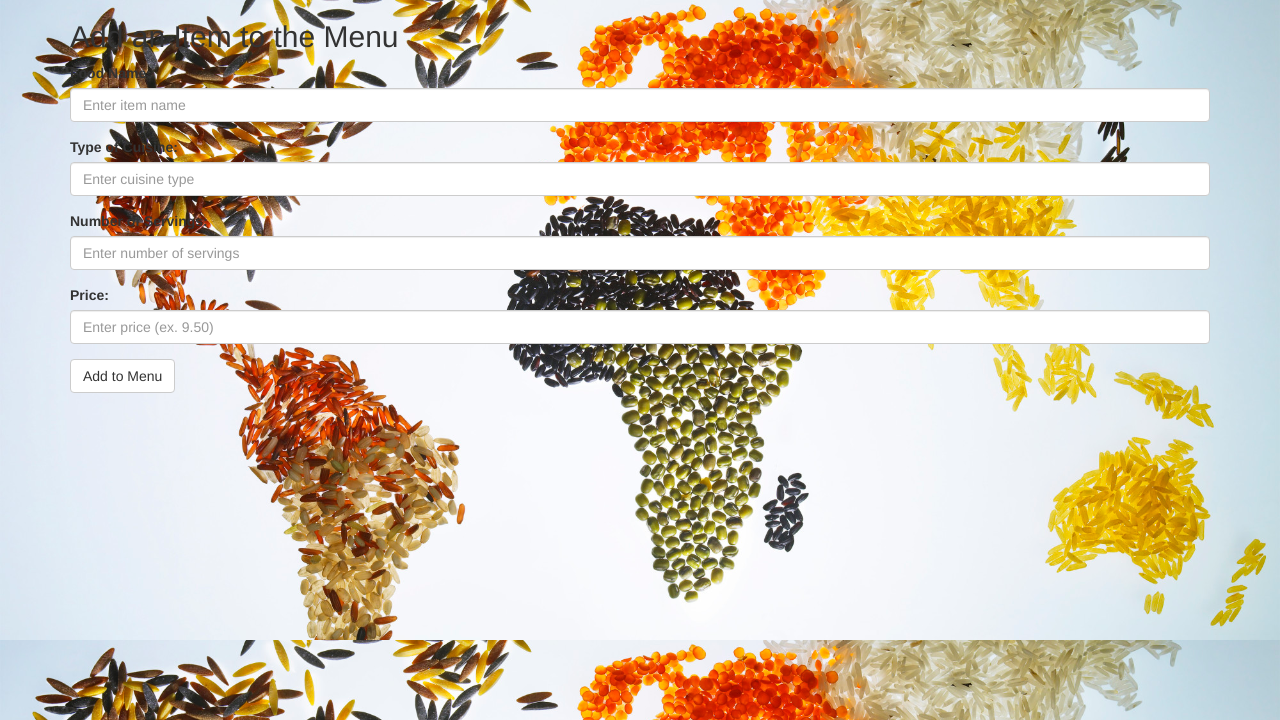
Repository: kavitachana/Sept-2
Page: food/src/main/webapp/formadd.html
An editor plug-in stored every save of this project. The page is shown before and after the next save, followed by the edit.
The browser window is 1280 px wide. The pictures show the whole page.

Above is the page before, as saved 2016-09-04 00:41:54.

### food/src/main/webapp/formadd.html
<!DOCTYPE html>
<html lang="en">
<head>
<title>Add Menu Item</title>
<meta charset="utf-8">
<meta name="viewport" content="width=device-width, initial-scale=1">
<link rel="stylesheet"
	href="http://maxcdn.bootstrapcdn.com/bootstrap/3.3.7/css/bootstrap.min.css">
<script
	src="https://ajax.googleapis.com/ajax/libs/jquery/1.12.4/jquery.min.js"></script>
<script
	src="http://maxcdn.bootstrapcdn.com/bootstrap/3.3.7/js/bootstrap.min.js"></script>

<link rel="stylesheet" href="formstyles.css" />

</head>
<body class = "add-food">

	<div class="container">
		<h2>Add an Item to the Menu</h2>
		<form action = "addToDB" method = "POST">
			<div class="form-group">
				<label for="Name of Food Item">Food Name:</label> <input
					type="text" class="form-control" name="name"
					placeholder="Enter item name">
			</div>
			<div class="form-group">
				<label for="Cuisine Type">Type of Cuisine:</label> <input type="text"
					class="form-control" name="cuisine" placeholder="Enter cuisine type">
			</div>
			<div class="form-group">
				<label for="Num of Servings">Number of Servings:</label> <input type="text"
					class="form-control" name="num_of_servings" placeholder="Enter number of servings">
			</div>
			<div class="form-group">
				<label for="Price">Price:</label> <input type="text"
					class="form-control" name="price" placeholder="Enter price (ex. 9.50)">
			</div>
			<button type="submit" class="btn btn-default">Add to Menu</button>
		</form>
	</div>

</body>
</html>

### food/src/main/webapp/formstyles.css
.add-food {

	background: url("img/map.jpg");
	background-size: 100%;
}

.delete-food {

	background: url("img/map.jpg");
	background-size: 100%;

}

After the next save:
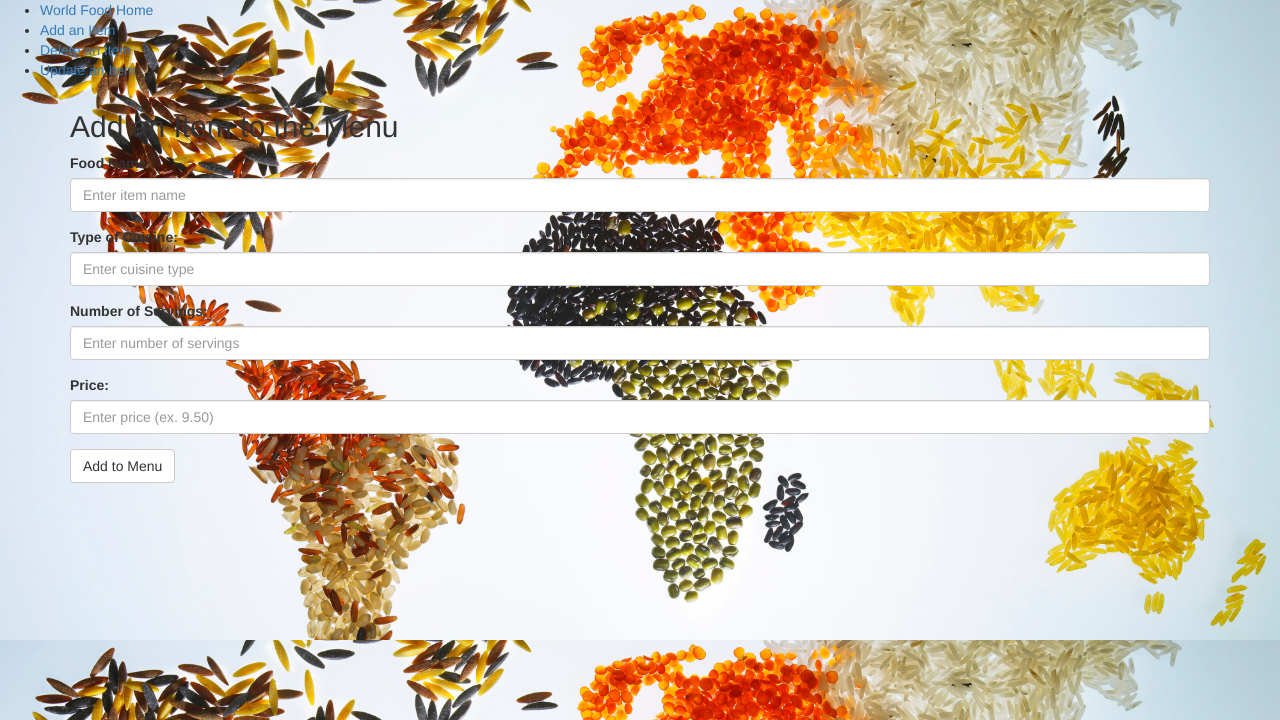
Saved 3 min 36 s later.
--- a/food/src/main/webapp/formadd.html
+++ b/food/src/main/webapp/formadd.html
@@ -15,7 +15,19 @@
 
 </head>
 <body class = "add-food">
+<div id="wrapper">
 
+		<!-- Sidebar -->
+		<div id="sidebar-wrapper">
+			<ul class="sidebar-nav">
+				<li class="sidebar-brand"><a href="index.html">World Food
+						Home</a></li>
+				<li><a href="read.jsp">Add an Item</a></li>
+				<li><a href="#">Delete an Item</a></li>
+				<li><a href="#">Update an Item</a></li>
+			</ul>
+		</div>
+		<div id="page-content-wrapper">
 	<div class="container">
 		<h2>Add an Item to the Menu</h2>
 		<form action = "addToDB" method = "POST">
@@ -39,6 +51,7 @@
 			<button type="submit" class="btn btn-default">Add to Menu</button>
 		</form>
 	</div>
+	</div>
 
 </body>
 </html>
